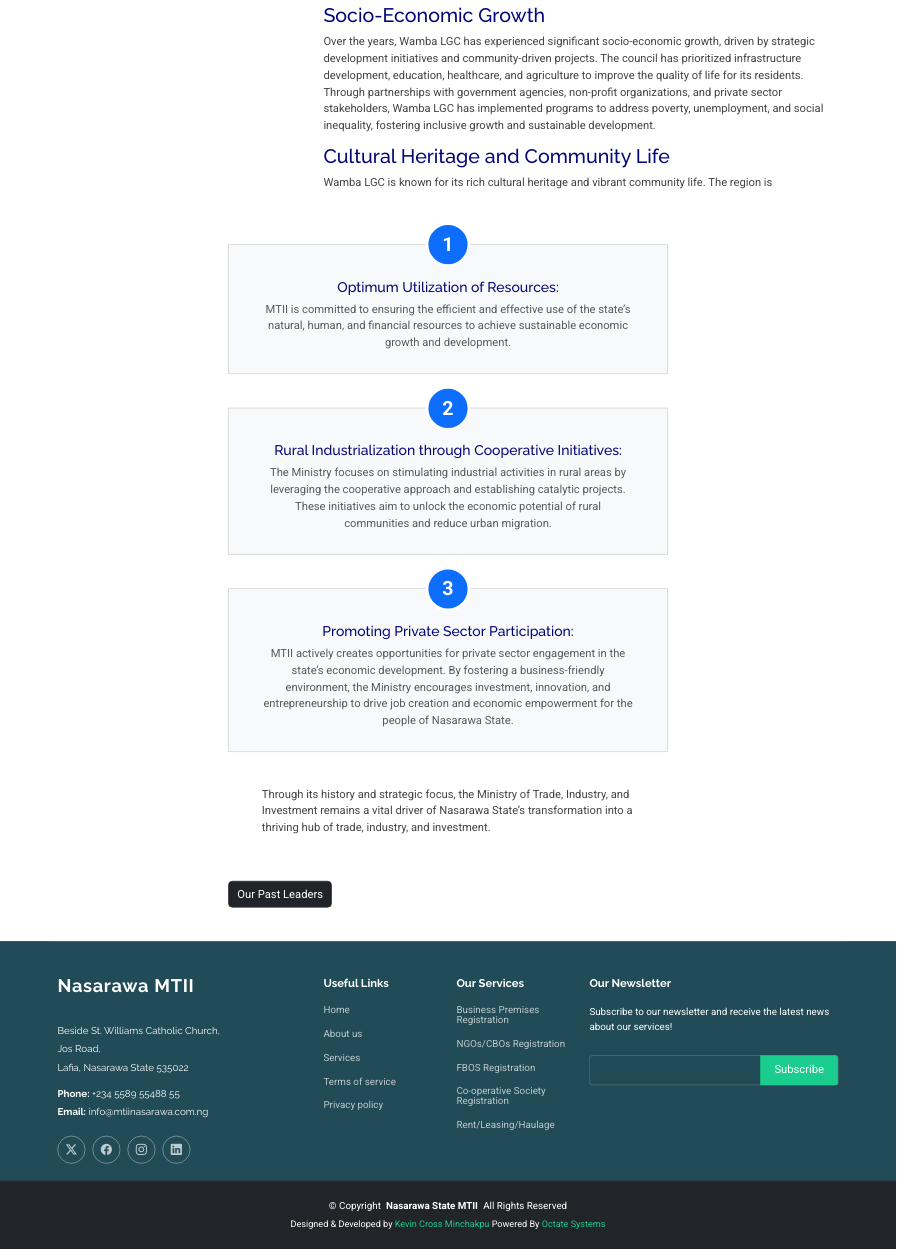
Repository: GlorifiedIntel/wamba-lgc
Page: wamba-history.html
An editor plug-in stored every save of this project. The page is shown before and after the next save, followed by the edit.
The browser window is 1280 px wide. The page is 1292 px wide, so the pictures cover 1292 px, including what lies to the right of the window. The pictures show the part of the page from y = 959 to 2839 px (the page is 2743 px tall before and 2839 px after), at 70% of full size.

Above is the page before, as saved 2025-02-06 02:44:38.
Console error: TypeError: Cannot read properties of null (reading 'click')

After the next save:
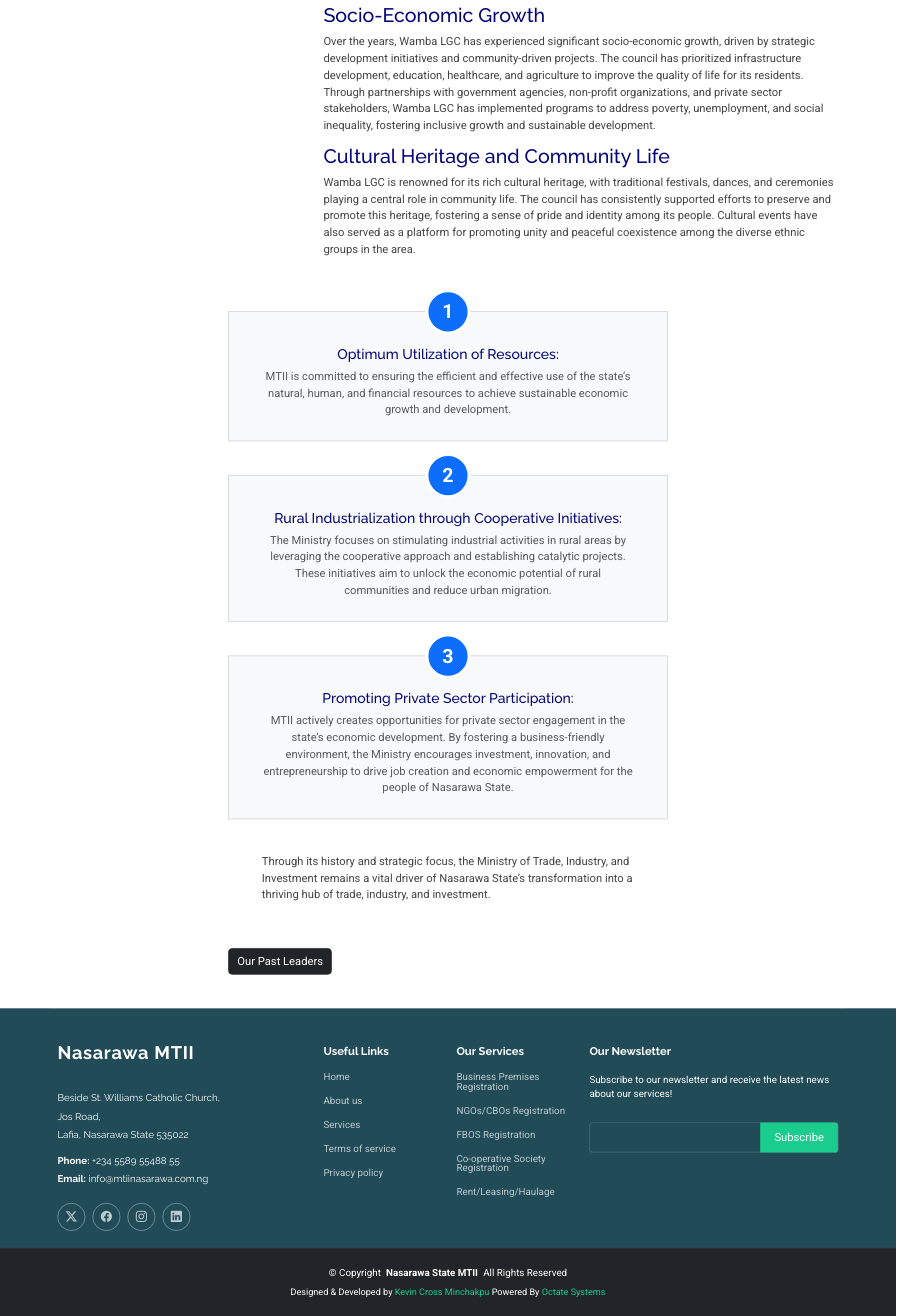
Saved 62 s later.
--- a/wamba-history.html
+++ b/wamba-history.html
@@ -149,7 +149,8 @@
           <h3>Socio-Economic Growth</h3>
           <p>Over the years, Wamba LGC has experienced significant socio-economic growth, driven by strategic development initiatives and community-driven projects. The council has prioritized infrastructure development, education, healthcare, and agriculture to improve the quality of life for its residents. Through partnerships with government agencies, non-profit organizations, and private sector stakeholders, Wamba LGC has implemented programs to address poverty, unemployment, and social inequality, fostering inclusive growth and sustainable development.</p>
           <h3>Cultural Heritage and Community Life</h3>
-          <p>Wamba LGC is known for its rich cultural heritage and vibrant community life. The region is
+          <p>Wamba LGC is renowned for its rich cultural heritage, with traditional festivals, dances, and ceremonies playing a central role in community life. The council has consistently supported efforts to preserve and promote this heritage, fostering a sense of pride and identity among its people. Cultural events have also served as a platform for promoting unity and peaceful coexistence among the diverse ethnic groups in the area.          </p>
+
 
 
 
